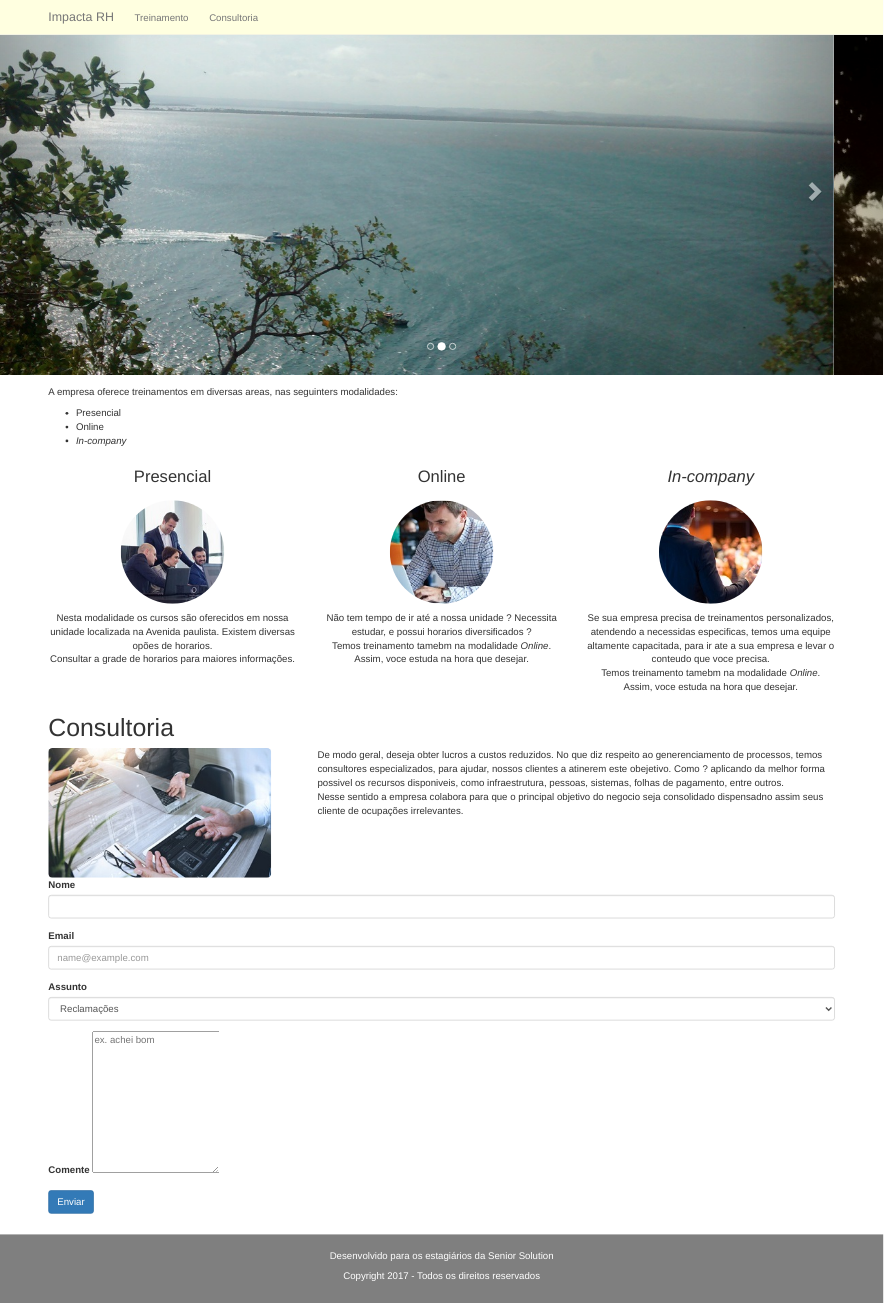
Repository: NicholasMaestrello/treinamento-impacta
Page: DesenvolvimentoJava/Modulo06/02_EmpresaRH/WebContent/produtos.html
The author's editor kept a copy of each file at every save. The page is drawn from the files as they stood at one save, then again after the next save.
The browser window is 1280 px wide. The page is 1295 px wide, so the pictures cover 1295 px, including what lies to the right of the window. The pictures show the whole page, at 69% of full size.
Some web libraries are served in a nearby version.

Above is the page before, as saved 2017-10-20 18:52:40.
Console error: ReferenceError: btn is not defined

### DesenvolvimentoJava/Modulo06/02_EmpresaRH/WebContent/produtos.html
<!DOCTYPE html>
<html>
<head>
<meta charset=UTF-8>
<meta name="viewport" content="width=device-width, initial-scale=1.0">
<title>Apresentação dos Produtos</title>
<link rel="stylesheet"
	href="https://maxcdn.bootstrapcdn.com/bootstrap/3.3.7/css/bootstrap.min.css">
<link rel="stylesheet" href="css/produtos.css">
</head>
<body>
	<nav class="navbar navbar-default navbar-fixed-top"
		style="background-color: lightyellow;">
		<div class="container">
			<div class="navbar-header">
				<button type="button" class="navbar-toggle" data-toggle="collapse"
					data-target=".navbar-collapse">
					<span class="icon-bar"></span> <span class="icon-bar"></span> <span
						class="icon-bar"></span>
				</button>
				<a class="navbar-brand" href="#">Impacta RH</a>
			</div>

			<div class="navbar-collapse collapse">
				<ul class="nav navbar-nav">
					<li><a href="#treinamento">Treinamento</a></li>
					<li><a href="#consultoria">Consultoria</a></li>
				</ul>
			</div>
		</div>
	</nav>

	<div class="row">
		<div class="col-xs-12">
			<div id="slides" class="carousel slide" data-ride="carousel">
				<ol class="carousel-indicators">
					<li data-target="#slides" data-slide-to="0" class="active"></li>
					<li data-target="#slides" data-slide-to="1"></li>
					<li data-target="#slides" data-slide-to="2"></li>
				</ol>

				<!-- conteudo dos slides -->
				<div class="carousel-inner" role="listbox">
					<div class="item active">
						<img src="imagens/carousel01.jpg" />
					</div>
					<div class="item">
						<img src="imagens/carousel02.jpg" />
					</div>
					<div class="item">
						<img src="imagens/carousel03.jpg" />
					</div>
				</div>

				<a class="left carousel-control" href="#slides" role="button"
					data-slide="prev"><span
					class="glyphicon glyphicon-chevron-left" aria-hidden="true"></span>
					<span class="sr-only">Anterior</span> </a> <a
					class="right carousel-control" href="#slides" role="button"
					data-slide="next"><span
					class="glyphicon glyphicon-chevron-right" aria-hidden="true"></span>
					<span class="sr-only">Próxima</span> </a>
			</div>
			<div class="container body-content clearfix">
				<section id="treinamento">
					<p>A empresa oferece treinamentos em diversas areas, nas
						seguinters modalidades:</p>
					<ul>
						<li>Presencial</li>
						<li>Online</li>
						<li><i>In-company</i></li>
					</ul>

					<div class="row center-image">
						<div class="col-md-4">
							<h3>Presencial</h3>
							<img src="imagens/curso-presencial.jpg"
								class="img-circle margin-image" />
							<p>
								Nesta modalidade os cursos são oferecidos em nossa unidade
								localizada na Avenida paulista. Existem diversas opões de
								horarios. <br /> Consultar a grade de horarios para maiores
								informações.
							</p>
						</div>
						<div class="col-md-4">
							<h3>Online</h3>
							<img src="imagens/curso-online.jpg"
								class="img-circle margin-image" />
							<p>
								Não tem tempo de ir até a nossa unidade ? Necessita estudar, e
								possui horarios diversificados ? <br /> Temos treinamento
								tamebm na modalidade <i>Online</i>. Assim, voce estuda na hora
								que desejar.
							</p>
						</div>
						<div class="col-md-4">
							<h3>
								<i>In-company</i>
							</h3>
							<img src="imagens/curso-incompany.jpg"
								class="img-circle margin-image" />
							<p>
								Se sua empresa precisa de treinamentos personalizados, atendendo
								a necessidas especificas, temos uma equipe altamente capacitada,
								para ir ate a sua empresa e levar o conteudo que voce precisa. <br />
								Temos treinamento tamebm na modalidade <i>Online</i>. Assim,
								voce estuda na hora que desejar.
							</p>
						</div>
					</div>
				</section>
				<section id="consultoria">
					<h1>Consultoria</h1>
					<div class="row">
						<div class="col-md-4">
							<img src="imagens/consultoria.jpg" class="img-rounded">
						</div>
						<div class="col-md-8">
							<p>
								De modo geral, deseja obter lucros a custos reduzidos. No que
								diz respeito ao generenciamento de processos, temos consultores
								especializados, para ajudar, nossos clientes a atinerem este
								obejetivo. Como ? aplicando da melhor forma possivel os recursos
								disponiveis, como infraestrutura, pessoas, sistemas, folhas de
								pagamento, entre outros.<br /> Nesse sentido a empresa colabora
								para que o principal objetivo do negocio seja consolidado
								dispensadno assim seus cliente de ocupações irrelevantes.
							</p>
						</div>
					</div>
				</section>
				<section id="contato">
					<form>
						<div class="form-group">
							<label for="nome">Nome</label> <input type="email"
								class="form-control" id="nome" name="nome" />
						</div>
						<div class="form-group">
							<label for="email">Email</label> <input type="email" class="form-control" id="email" name="email" placeholder="name@example.com">
						</div>
						<div class="form-group">
							<label for="assunto">Assunto</label>
							<select class="form-control" id="assunto"></select>
						</div>
						<div class="form-group">
							<label for="comentario">Comente</label>
							<textarea rows="10" cols="20" id="comentario" placeholder="ex. achei bom"></textarea>
						</div>
						<div class="form-group">
							<button id="enviar" class="btn btn-primary">Enviar</button>
						</div>
					</form>
				</section>
			</div>
			<div class="footer">
				<p>Desenvolvido para os estagiários da Senior Solution</p>
				<p>Copyright 2017 - Todos os direitos reservados</p>
			</div>
		</div>
	</div>

	<script type="text/javascript"
		src="https://code.jquery.com/jquery-3.2.1.min.js"></script>
	<script
		src="https://maxcdn.bootstrapcdn.com/bootstrap/3.3.7/js/bootstrap.min.js"></script>
		<script src="./main.js" type="text/javascript"></script>
</body>
</html>

### DesenvolvimentoJava/Modulo06/02_EmpresaRH/WebContent/css/produtos.css
.carousel-inner > .item >img{
	position: relative;
	min-width: 100%;
	min-height: 100%;
}

.body-content {
	clear: both;
	padding: 15px;
}

.center-image{
	text-align: center;
}

.margin-image{
	margin: 10px;
}

.footer{
	bottom:0;
	width: 100%;
	text-align: center;
	padding: 20px;
	background-color: #7F7F7F;
	color: white;
}

### DesenvolvimentoJava/Modulo06/02_EmpresaRH/WebContent/main.js
$(document).ready(function(){

	let assuntos = [
		{codigo: 0, descricao: 'Reclamações'},
		{codigo: 1, descricao: 'Informações'},
		{codigo: 3, descricao: 'Pedido'}
	]

	assuntos.forEach(function(element, index, array){
		$("#assunto").append($("<option>", {
			value: element.codigo,
			text: element.descricao
		}))
	})

	let nome = $("#nome").val()
	let email = $("#email").val()
	let assunto = $("#assunto").val()
	let comentario = $("#comentario").val()
	let btnEnviar = $("#enviar")

	btn.click(function(){
		alert("funcionou botao")
	})
})

After the next save:
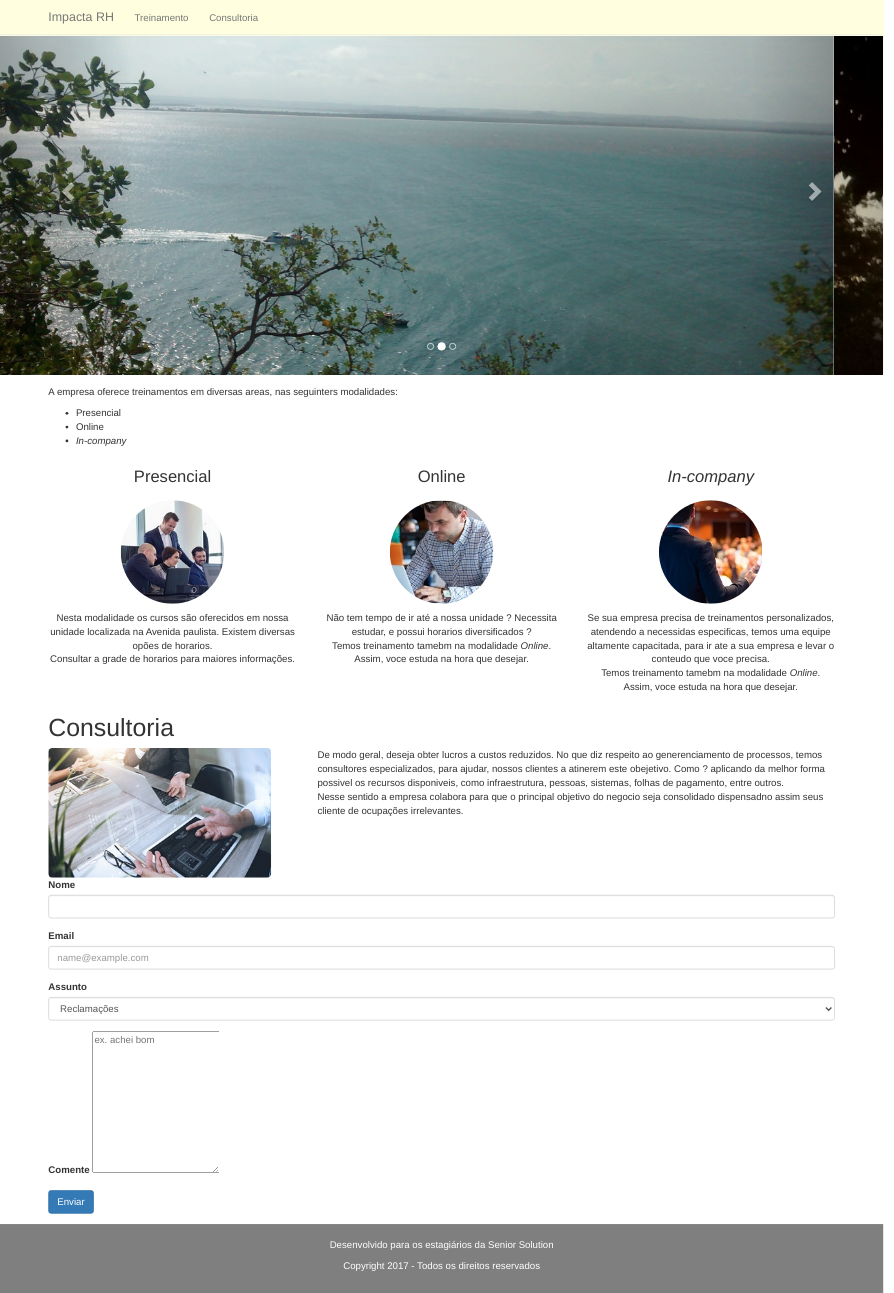
Saved 65 s later.
--- a/DesenvolvimentoJava/Modulo06/02_EmpresaRH/WebContent/produtos.html
+++ b/DesenvolvimentoJava/Modulo06/02_EmpresaRH/WebContent/produtos.html
@@ -148,9 +148,10 @@
 							<textarea rows="10" cols="20" id="comentario" placeholder="ex. achei bom"></textarea>
 						</div>
 						<div class="form-group">
-							<button id="enviar" class="btn btn-primary">Enviar</button>
+
 						</div>
 					</form>
+					<button id="enviar" class="btn btn-primary">Enviar</button>
 				</section>
 			</div>
 			<div class="footer">

After the save that followed:
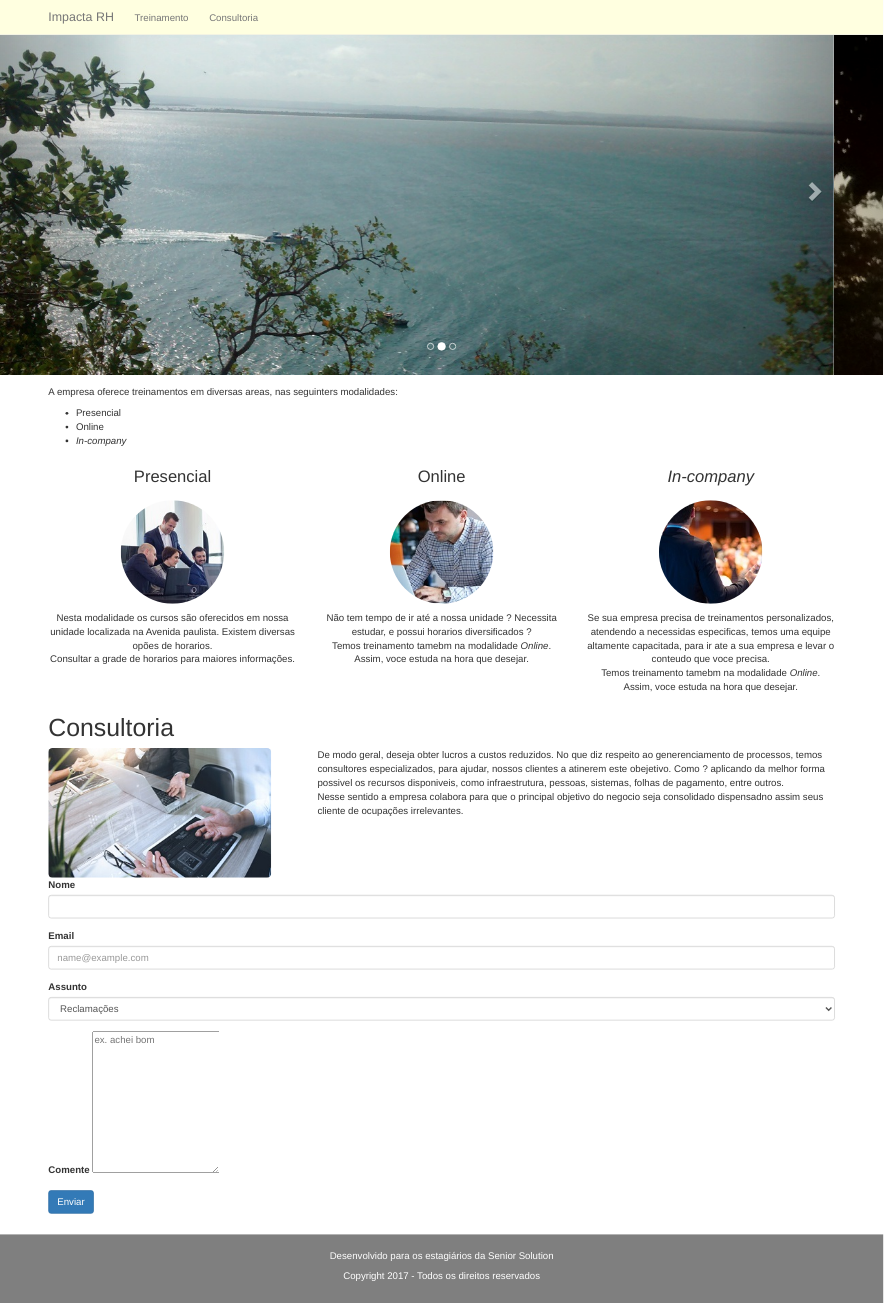
Saved 44 s later.
--- a/DesenvolvimentoJava/Modulo06/02_EmpresaRH/WebContent/produtos.html
+++ b/DesenvolvimentoJava/Modulo06/02_EmpresaRH/WebContent/produtos.html
@@ -148,10 +148,10 @@
 							<textarea rows="10" cols="20" id="comentario" placeholder="ex. achei bom"></textarea>
 						</div>
 						<div class="form-group">
-
+							<button id="enviar" class="btn btn-primary">Enviar</button>
 						</div>
 					</form>
-					<button id="enviar" class="btn btn-primary">Enviar</button>
+
 				</section>
 			</div>
 			<div class="footer">
